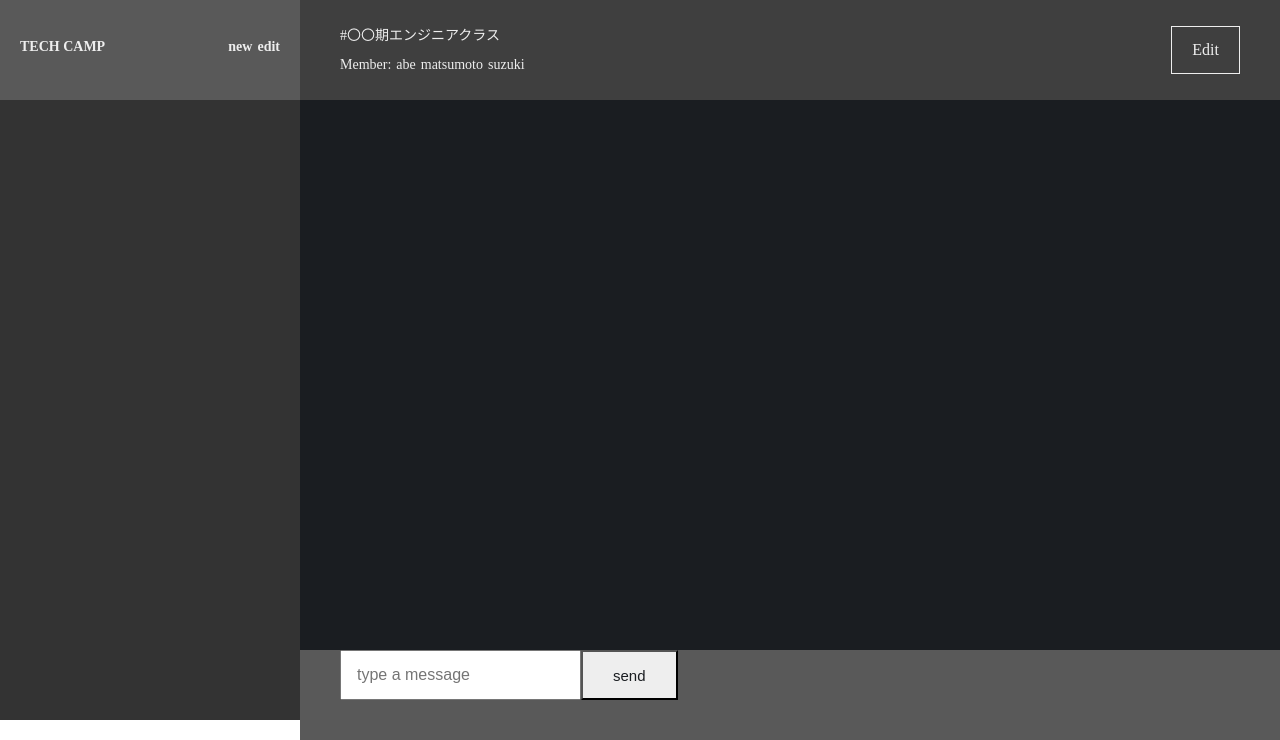
Repository: m-mao/firsa_app
Page: html_css/chat-app/index.html
The author's editor kept a record of every edit. The page is drawn from the files as they stood at one moment, then again after the next edit.
The browser window is 1280 px wide. The pictures show the whole page.

Above is the page before.

### html_css/chat-app/index.html
<!DOCTYPE html>
<html>
<head>
    <meta charset="UTF-8">
    <link rel="stylesheet" href="reset.css">
    <link rel="stylesheet" href="style.css">
    <title>chat-app</title>
</head>
<body>
    <div class="wrapper">
        <div class="chat-side">
            <div class="side-header">
                <div class="side-box">
                    <p class="user-name">TECH CAMP</p>
                    <div class="menu">
                        <div class="new-group"><a href="#">new</a></div>
                        <div class="edit-user"><a href="#">edit</a></div>
                    </div>
                </div>
            </div>
            <div class="groups">
            </div>
        </div>
        <div class="chat-main">
            <div class="main-header">
                <div class="header-leftbox">
                    <h2 class="current-group">#〇〇期エンジニアクラス</h2>
                    <ul class="member-list">Member:
                        <li class="member">abe</li>
                        <li class="member">matsumoto</li>
                        <li class="member">suzuki</li>
                    </ul>
                </div>
                <a class="edit-btn" href="#">Edit</a>
            </div>
            <div class="messages">
            </div>
            <div class="forms">
                <form class="new-message">
                    <input class="input-text" type="text" placeholder="type a message">
                    <input class="submit-btn" type="submit" value="send">
                </form>
            </div>
        </div>
    </div>
</body>
</html>

### html_css/chat-app/reset.css
/* http://meyerweb.com/eric/tools/css/reset/
   v2.0 | 20110126
   License: none (public domain)
*/

html, body, div, span, applet, object, iframe,
h1, h2, h3, h4, h5, h6, p, blockquote, pre,
a, abbr, acronym, address, big, cite, code,
del, dfn, em, img, ins, kbd, q, s, samp,
small, strike, strong, sub, sup, tt, var,
b, u, i, center,
dl, dt, dd, ol, ul, li,
fieldset, form, label, legend,
table, caption, tbody, tfoot, thead, tr, th, td,
article, aside, canvas, details, embed,
figure, figcaption, footer, header, hgroup,
menu, nav, output, ruby, section, summary,
time, mark, audio, video {
	margin: 0;
	padding: 0;
	border: 0;
	font-size: 100%;
	font: inherit;
	vertical-align: baseline;
}
/* HTML5 display-role reset for older browsers */
article, aside, details, figcaption, figure,
footer, header, hgroup, menu, nav, section {
	display: block;
}

* {
	box-sizing: border-box;
}

html {
  font-size: 62.5%;
}

body {
	line-height: 1;
	font-size: 1.4rem;
}

ol, ul {
	list-style: none;
}
blockquote, q {
	quotes: none;
}
blockquote:before, blockquote:after,
q:before, q:after {
	content: '';
	content: none;
}
table {
	border-collapse: collapse;
	border-spacing: 0;
}

### html_css/chat-app/style.css
.wrapper {
 height: 100vh;
 display: flex;
}

.chat-side {
 width: 300px;
 background-color: #333333;
}

.side-header {
 height: 100px;
 background-color: #595959;
 display: flex;
 align-items: center;
}

.groups {
 height: class(100vh - 100px);
 background-color: #333333;
}

.chat-main {
 width: calc(100% - 300px);
 background-color: #1a1d21;
}

.main-header {
 height: 100px;
 background-color: #3f3f3f;
 display: flex;
 justify-content: space-between;
 align-items: center;
 padding: 0 40px;
}

.messages {
 height: calc(100vh - 190px);
 background-color: #1a1d21;
}

.forms {
 height: 90px;
 background-color: #595959;
}

.side-box {
 width: 260px;
 height: 20px;
 margin: 0 20px;
 display: flex;
 justify-content: space-between;
 font-weight: bold;
}

.user-name {
 color: #eeeeee;
}

a {
 text-decoration: none;
 color: #eeeeee;
}

.menu {
 display: flex;
}

.new-group {
 margin-right: 5px;
}

.current-group {
 color: #eeeeee;
 margin-bottom: 15px;
 size: 20px;
}

.header-leftbox {
 flex-direction: colomn;
}

.member-list {
 color: #eeeeee;
 size: 12px;
 display: flex;
}

.member {
 margin-left: 5px;
}

.edit-btn {
 font-size: 16px;
 border: 1px solid #eeeeee;
 padding: 15px 20px;
}

.new-message {
 display: flex;
 margin: 20px 40px;
}

.input-text {
 height: 50px;
 padding: 0 15px;
 color: #434a54;
 font-size: 16px;
 display: block;
}

.submit-btn {
 height: 50px;
 padding: 0 30px;
 background-color: #eeeeee;
 color: #1a1d21;
 font-size: 15px;

}

After the next edit:
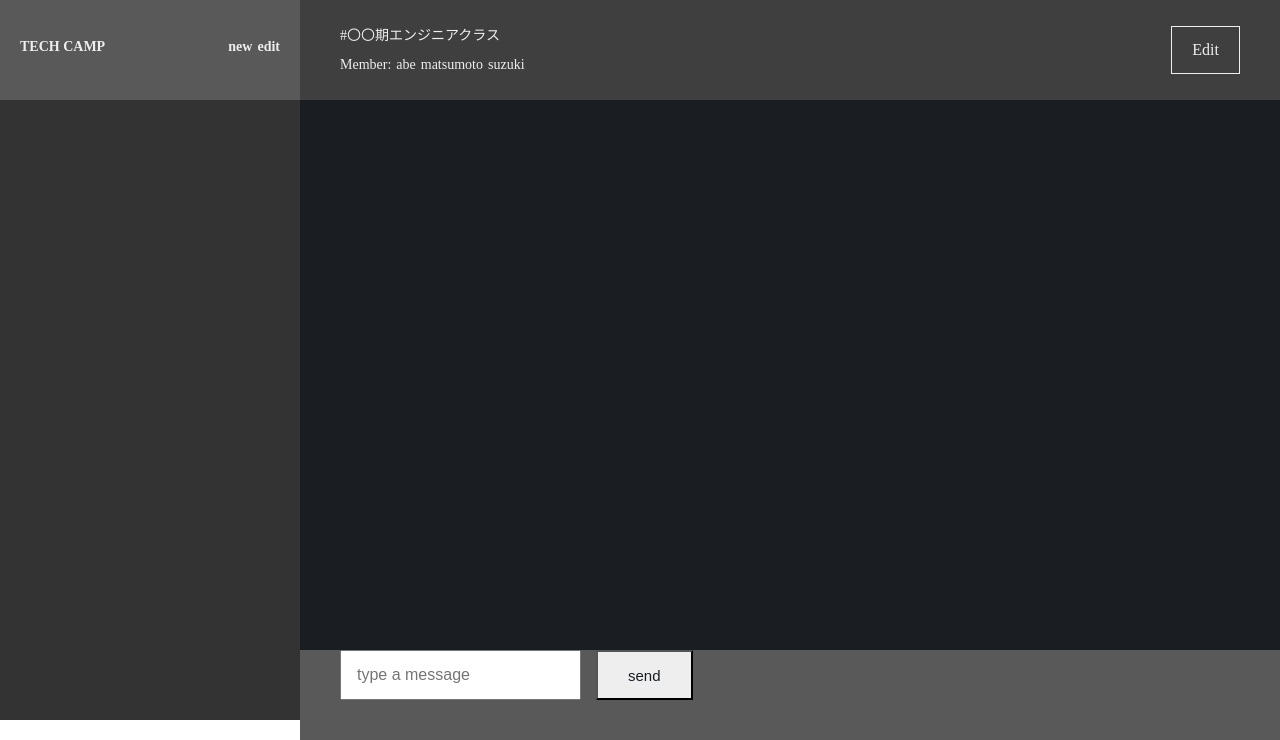
The edit:
--- a/html_css/chat-app/style.css
+++ b/html_css/chat-app/style.css
@@ -115,5 +115,5 @@
  background-color: #eeeeee;
  color: #1a1d21;
  font-size: 15px;
-
+ margin-left: 15px;
 }
